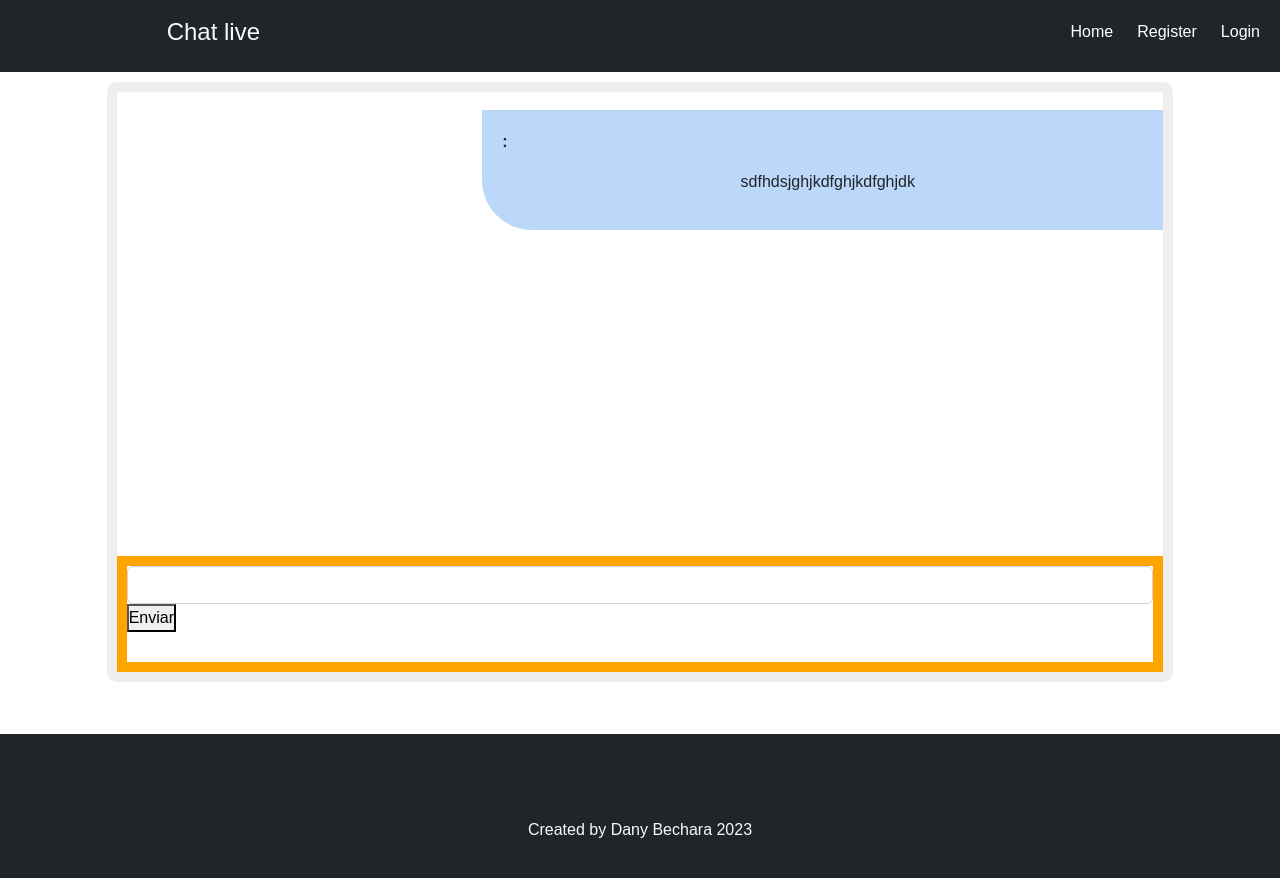
Repository: bechara611/chatv2
Page: /chat
An editor plug-in stored every save of this project. The page is shown before and after the next save, followed by the edit.
The browser window is 1280 px wide. The pictures show the whole page.
The page's requests for data from a server got no answer. The project was rebuilt for these pictures with package versions that can differ from the ones it lists, and the page was loaded fresh each time. Some packages were replaced by stand-ins written for this rebuild. No one was signed in, and anything a server would have sent is missing. Also part of the build but not shown: src/hooks/useForm.jsx, src/api/Instance.jsx, src/auth/hooks/useAuth.jsx, src/auth/components/login.jsx, src/auth/components/register.jsx, src/ui/components/Home.jsx, src/App.css.

Above is the page before, as saved 2023-03-16 15:01:06.

After the next save:
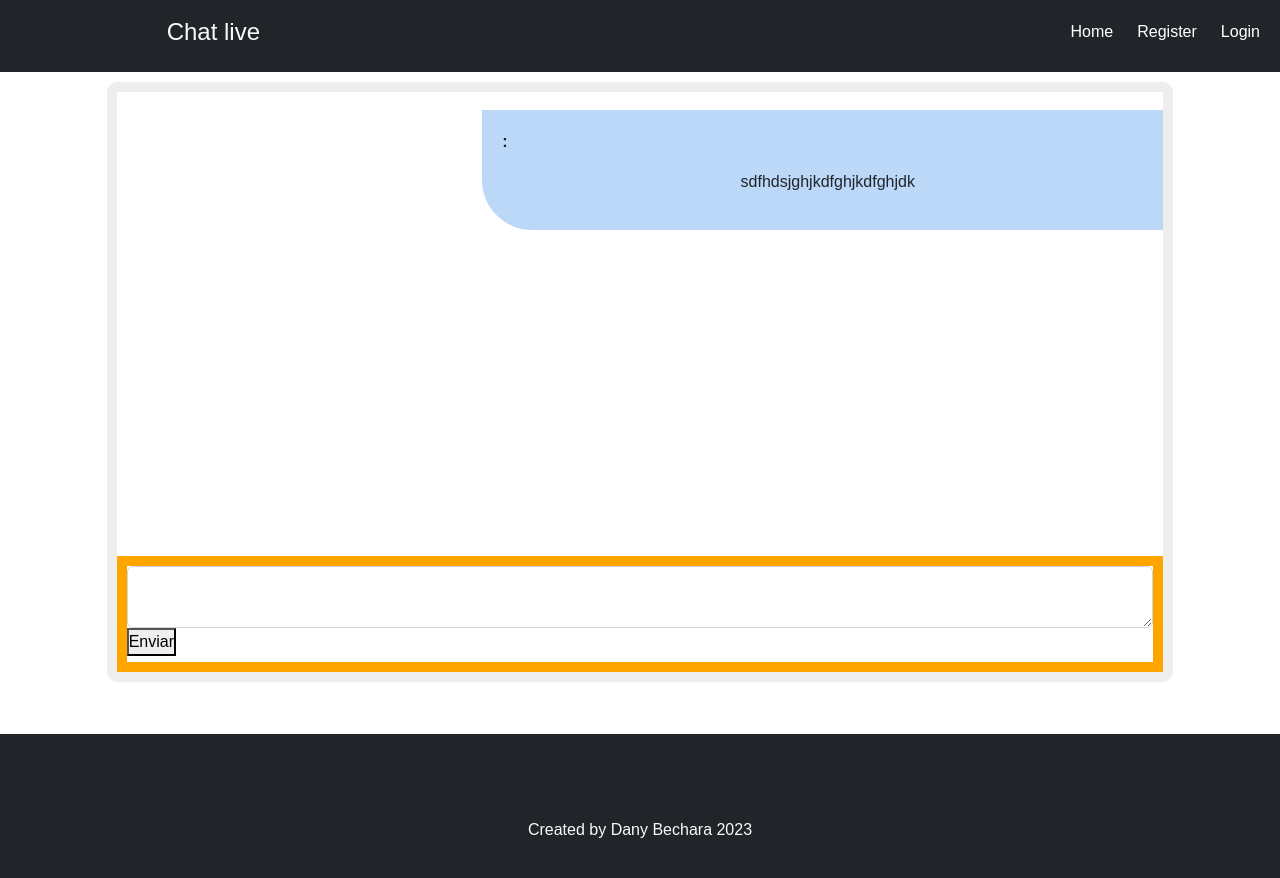
Saved 12 s later.
--- a/src/chat/components/Chat.jsx
+++ b/src/chat/components/Chat.jsx
@@ -82,7 +82,7 @@ export const Chat = () => {
                         }
                     </div>
                     <div className="col-12 parteInputs">
-                    <input type="text" className="form-control col-12" />
+                    <textarea type="text" className="form-control col-12" />
                     <button onClick={() => { EnviarMensajes() }}>Enviar</button>
                     </div>
                 </div>
